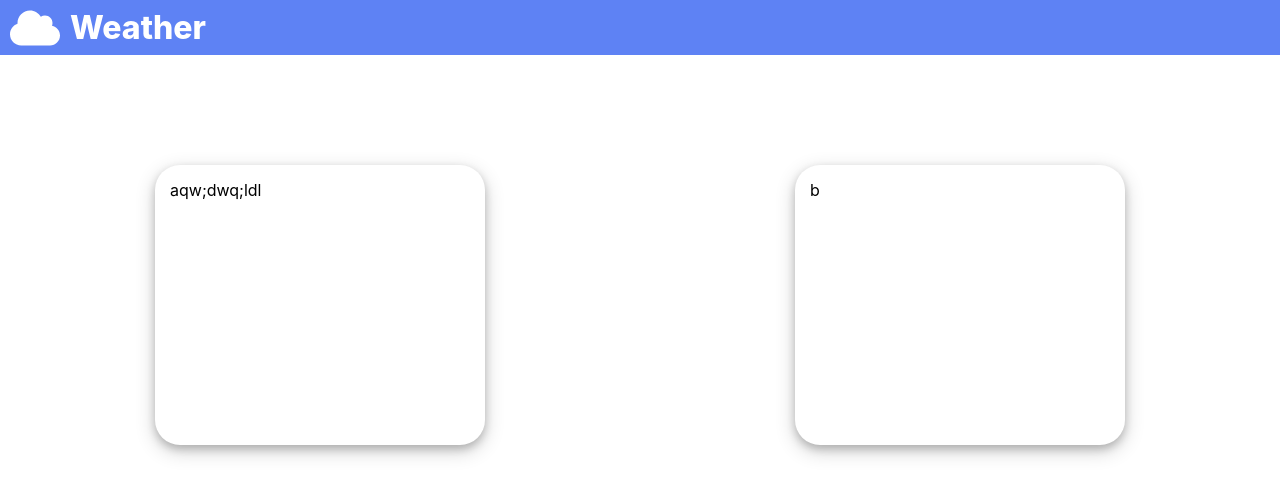
Repository: ahmedazawi/weather-app
Page: /
These files come from the project's save history. The page is drawn as it stood at one moment and after the next save; the edit follows.
The browser window is 1280 px wide. The pictures show the whole page.
The project was rebuilt for these pictures with package versions that can differ from the ones it lists, and the page was loaded fresh each time.

Above is the page before, as saved 2022-11-29 21:09:44.

After the next save:
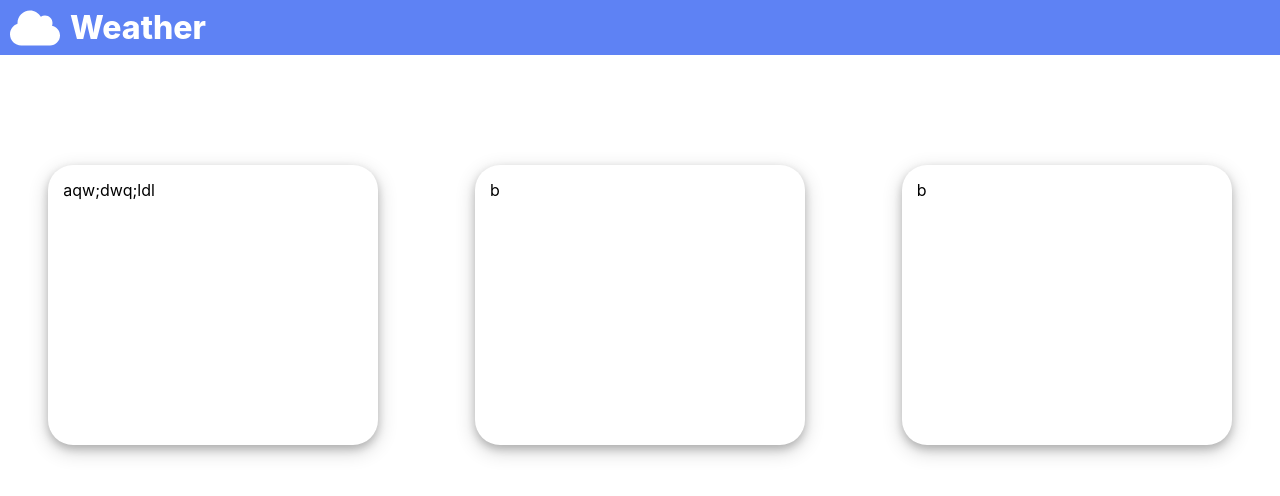
Saved 26 s later.
--- a/src/components/Details.js
+++ b/src/components/Details.js
@@ -6,6 +6,7 @@ const Details = () => {
       <div className="big-cards">
         <div>aqw;dwq;ldl</div>
         <div>b</div>
+        <div>b</div>
       </div>
     </div>
   );
